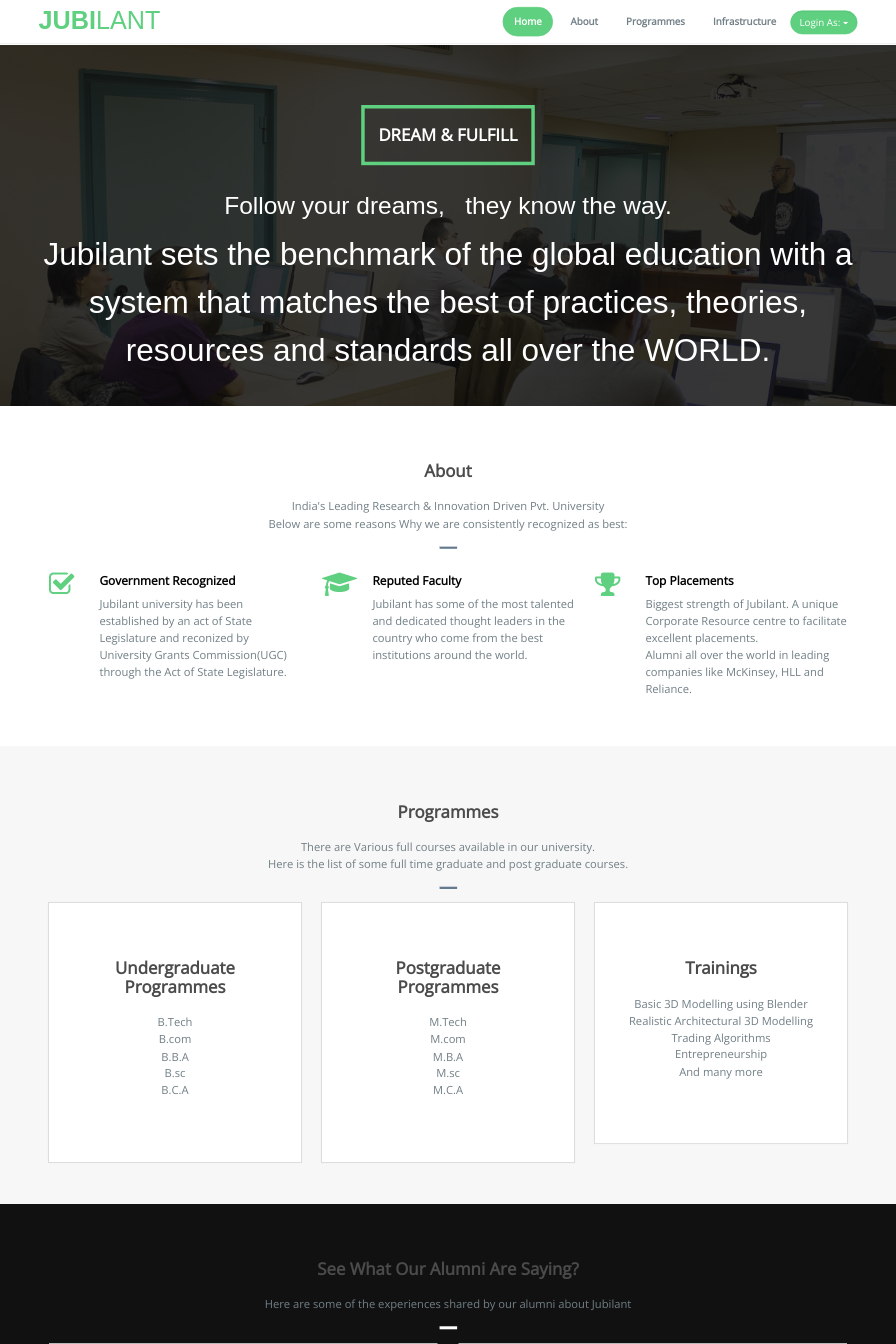
Repository: GauravC8/UMS
Page: http://localhost/login/WEB-INF/index.jsp
The author's editor kept a copy of each file at every save. The page is drawn from the files as they stood at one save, then again after the next save.
The browser window is 1280 px wide. The pictures show the part of the page from y = 0 to 1920 px (the page is 3363 px tall), at 70% of full size.
Some web fonts or font styles are not loaded; a fallback is used. The page is served by Tomcat 9. Nobody is signed in. Other server files are loaded and not shown. The template is opened directly, without the code that normally fills it, so the values that code supplies are empty.

Above is the page before, as saved 2019-04-08 10:56:23.

### login/src/main/webapp/WEB-INF/index.jsp
<%@ page language="java" contentType="text/html; charset=ISO-8859-1"
	pageEncoding="ISO-8859-1"%>
<%@ taglib uri="http://www.springframework.org/tags/form" prefix="form"%>
<%@taglib prefix="c" uri="http://java.sun.com/jsp/jstl/core"%>

<!DOCTYPE html>
<html lang="en">

<head>
<meta charset="utf-8">
<meta name="viewport" content="width=device-width, initial-scale=1">
<title>UMS</title>

<link rel="stylesheet" type="text/css"
	href="https://fonts.googleapis.com/css?family=Open+Sans|Candal|Alegreya+Sans">
<link rel="stylesheet" type="text/css"
	href="resources/css/font-awesome.min.css">
<link rel="stylesheet" type="text/css"
	href="resources/css/bootstrap.min.css">
<link rel="stylesheet" type="text/css"
	href="resources/css/imagehover.min.css">
<link rel="stylesheet" type="text/css" href="resources/css/style.css">

</head>

<body>
	<!--Navigation bar-->
	<nav class="navbar navbar-default navbar-fixed-top">
		<div class="container">
			<div class="navbar-header">
				<button type="button" class="navbar-toggle" data-toggle="collapse"
					data-target="#myNavbar"></button>
				<a class="navbar-brand" href="index.html">Jubi<span>lant</span></a>
			</div>
			<div class="collapse navbar-collapse" id="myNavbar">
				<ul class="nav navbar-nav navbar-right">
					<li class="btn-trial"><a href="#Home">Home</a></li>
					<li><a href="#about">About</a></li>
					<li><a href="#programmes">Programmes</a></li>
					<li><a href="#infrasturcture">Infrastructure</a></li>
					<li>
						<div class="dropdown">
							<button class="btn btn-default dropdown-toggle form-control"
								type="button" id="menu1" data-toggle="dropdown">
								Login As: <span class="caret"></span>
							</button>
							<ul class="dropdown-menu" role="menu" aria-labelledby="menu1">
								<li role="presentation"><a role="menuitem" tabindex="-1"
									href="user/loginForm">Student</a></li>
								<li role="presentation"><a role="menuitem" tabindex="-1"
									href="user/loginForm">Faculty</a></li>
								<li role="presentation"><a role="menuitem" tabindex="-1"
									href="user/loginForm">Admin</a></li>
							</ul>
						</div>
					</li>

				</ul>
			</div>
		</div>
	</nav>
	<!--/ Navigation bar-->


	<!--Modal box-->
	<div class="modal fade" id="login" role="dialog">
		<div class="modal-dialog modal-sm">

			<!-- Modal content no 1-->
			<div class="modal-content">
				<div class="modal-header">
					<button type="button" class="close" data-dismiss="modal">&times;</button>
					<h4 class="modal-title text-center form-title">Login</h4>
				</div>
				<div class="modal-body">

					<div class="login-box-body">
						<%-- <form:form action="user/loginUser" class="form-horizontal"
							method="post" modelAttribute="user">
							<div class="form-group">
								<label for="emailId" class="col-md-3 control-label">Email</label>
								<div class="col-md-9">
									<form:input name="emailId" path="emailId"
										cssClass="form-control" />
								</div>
							</div>

							<div class="form-group">
								<label for="password" class="col-md-3 control-label">Password</label>
								<div class="col-md-9">
									<form:password name="password" path="password"
										cssClass="form-control" />
								</div>
							</div>
							<div class="form-group">
								<!-- Button -->
								<div class="col-md-offset-3 col-md-9">
									<form:button cssClass="btn btn-primary">Login</form:button>
								</div>
							</div>
							<div style="color: red">${error}</div>

						</form:form> --%>
					</div>
				</div>
			</div>
		</div>

	</div>
	<!--/ Modal box-->


	<!--Banner-->
	<div class="banner"
		style="background: url('resources/images/bg-banner.jpg') no-repeat center top">
		<div class="bg-color">
			<div class="container">
				<div class="row">
					<div class="banner-text text-center">
						<div class="text-border">
							<h2 class="text-dec">Dream & Fulfill</h2>
						</div>
						<div class="intro-para text-center quote">
							<p class="big-text">Follow your dreams, &nbsp they know the
								way.<p><p class="small-t
							ext">Jubilant sets the benchmark of the
								global education with a system that matches the best of
								practices, theories, resources and standards all over the WORLD.</p>
						</div>

					</div>
				</div>
			</div>
		</div>
	</div>
	<!--/ Banner-->
	<!--About-->
	<section id="about" class="section-padding">
		<div class="container">
			<div class="row">
				<div class="header-section text-center">
					<h2>About</h2>
					<p>
						India's Leading Research & Innovation Driven Pvt. University<br>
						Below are some reasons Why we are consistently recognized as best:
					</p>
					<hr class="bottom-line">
				</div>

				<div class="about">
					<div class="col-md-4">
						<div class="heading pull-right">
							<h4>Government Recognized</h4>
							<p>Jubilant university has been established by an act of
								State Legislature and reconized by University Grants
								Commission(UGC) through the Act of State Legislature.</p>
						</div>
						<div class="about-img pull-left">
							<i class="fa fa-check-square-o"></i>
						</div>
					</div>
				</div>
				<div class="about">
					<div class="col-md-4">
						<div class="heading pull-right">
							<h4>Reputed Faculty</h4>
							<p>Jubilant has some of the most talented and dedicated
								thought leaders in the country who come from the best
								institutions around the world.</p>
						</div>
						<div class="about-img pull-left">
							<i class="fa fa-graduation-cap"></i>
						</div>
					</div>
				</div>
				<div class="about">
					<div class="col-md-4">
						<div class="heading pull-right">
							<h4>Top Placements</h4>
							<p>
								Biggest strength of Jubilant. A unique Corporate Resource centre
								to facilitate excellent placements.<br> Alumni all over the
								world in leading companies like McKinsey, HLL and Reliance.
							</p>
						</div>
						<div class="about-img pull-left">
							<i class="fa fa-trophy"></i>
						</div>
					</div>
				</div>

			</div>
		</div>
	</section>
	<!--/ About-->

	<!--Programs-->
	<section id="programmes" class="section-padding">
		<div class="container">
			<div class="row">
				<div class="header-section text-center">
					<h2>Programmes</h2>
					<p>
						There are Various full courses available in our university.<br>
						Here is the list of some full time graduate and post graduate
						courses.
					</p>
					<hr class="bottom-line">
				</div>
				<div class="col-md-4 col-sm-6">
					<div class="service-box text-center">
						<h2>Undergraduate Programmes</h2>
						<p>
							B.Tech<br>B.com<br>B.B.A<br>B.sc<br>B.C.A
						</p>
					</div>
				</div>
				<div class="col-md-4 col-sm-6">
					<div class="service-box text-center">
						<h2>Postgraduate Programmes</h2>
						<p>
							M.Tech<br>M.com<br>M.B.A<br>M.sc<br>M.C.A
						</p>
					</div>
				</div>
				<div class="col-md-4 col-sm-6">
					<div class="service-box text-center">
						<h2>Trainings</h2>
						<p>
							Basic 3D Modelling using Blender<br>Realistic Architectural
							3D Modelling<br>Trading Algorithms<br>Entrepreneurship<br>And
							many more
						</p>
					</div>
				</div>
			</div>
		</div>
	</section>
	<!--/ programmes-->

	<!--Testimonial-->
	<section id="testimonial" class="section-padding">
		<div class="container">
			<div class="row">
				<div class="header-section text-center">
					<h2 class="white">See What Our Alumni Are Saying?</h2>
					<p class="white">Here are some of the experiences shared by our
						alumni about Jubilant</p>
					<hr class="bottom-line bg-white">
				</div>
				<div class="col-md-6 col-sm-6">
					<div class="text-comment">
						<p class="text-par">"Life in Jubilant has been a breathtaking
							experience.All the faculty members,mentors and everyone in
							Jubilant family have been a great help and a strong support. This
							place has immensely added to my persona and I will always cherish
							the memories I shared with this place."</p>

						<p class="text-name">
							Himani Gupta- MBA in Competitive Intelligence<br>
							Batch:2012-14
						</p>
					</div>
				</div>
				<div class="col-md-6 col-sm-6">
					<div class="text-comment">
						<p class="text-par">"Jubilant has been a completely enriching
							experience. I have acquired lot of confidence through various
							plaforms provided by College such as Sangathan, Youth Fest etc
							which gave us opportunity to present our innate creativity and
							talent. The faculty is very supportive and ready to help
							anytime."</p>
						<p class="text-name">
							Anita Kumari - B.sc(Fashion Design)<br>Batch:2011-14
						</p>
					</div>
				</div>
			</div>
		</div>
	</section>
	<!--/ Testimonial-->
	<!--Infrastructure-->
	<section id="infrasturcture" class="section-padding">
		<div class="container">
			<div class="row">
				<div class="header-section text-center">
					<h2>Infrastructure</h2>
					<p></p>
					<hr class="bottom-line">
				</div>
			</div>
		</div>
		<div class="container">
			<div class="row">
				<div class="col-md-4 col-sm-6 padleft-right">
					<figure class="imghvr-fold-up">
						<img src="resources/images/library.jfif" class="img-responsive">
						<figcaption>
							<h3>Library</h3>
							<p>Synonymous with the abode of knowledge, the six libraries
								at Jubilant are stocked with the lakhs of books and thousands of
								journals to propel the wisdom growth of the students. These
								libraries are frequently updated with new books and other useful
								study material for students.</p>
						</figcaption>
						<a href="#"></a>
					</figure>
				</div>
				<div class="col-md-4 col-sm-6 padleft-right">
					<figure class="imghvr-fold-up">
						<img src="resources/images/classroom.jfif" class="img-responsive">
						<figcaption>
							<h3>Syndicate Rooms</h3>
							<p>
								300 students can brainstorm at the same time in 50 Syndicate
								Rooms.<br>The Syndicate Rooms provide the perfect setting
								to acquire team skills through exercises like brain-storming
								sessions, group discussions, role-plays etc.
							</p>
						</figcaption>
						<a href="#"></a>
					</figure>
				</div>
				<div class="col-md-4 col-sm-6 padleft-right">
					<figure class="imghvr-fold-up">
						<img src="resources/images/auditorium.jfif" class="img-responsive">
						<figcaption>
							<h3>Auditorium</h3>
							<p>State-of-the-art auditoriums with a combined seating
								capacity of over 3,500 act as a common ground for students,
								faculty and corporate personalities for regular interfaces,
								conferences and other events.</p>
						</figcaption>
						<a href="#"></a>
					</figure>
				</div>
				<div class="col-md-4 col-sm-6 padleft-right">
					<figure class="imghvr-fold-up">
						<img src="resources/images/play.jfif" class="img-responsive">
						<figcaption>
							<h3>Playground</h3>
							<p>At Jubilant,sports form one of the important aspects of a
								student's development.From increasing concentration levels and
								working as a team to inculcating a winning spirit;sports help
								students build a strong character.</p>
						</figcaption>
						<a href="#"></a>
					</figure>
				</div>
				<div class="col-md-4 col-sm-6 padleft-right">
					<figure class="imghvr-fold-up">
						<img src="resources/images/hostel.jfif" class="img-responsive">
						<figcaption>
							<h3>Hostel Accomodation</h3>
							<p>Jubilant offers comprehensive hostel facilities for boys
								and girls separately within the University Campus.Caring wardens
								and a vigilant security ensures a pleasant stay allowing
								students to focus on academics.</p>

					</figure>
				</div>
				<div class="col-md-4 col-sm-6 padleft-right">
					<figure class="imghvr-fold-up">
						<img src="resources/images/labs.jfif" class="img-responsive">
						<figcaption>
							<h3>Laboratory</h3>
							<p>The specialised biotechnology laboratories are equipped to
								conduct advanced practical and research work.Jubilant has over
								300 labs where students experiment and bring to practice what
								they have learnt in theory.</p>
						</figcaption>
						<a href="#"></a>
					</figure>
				</div>
			</div>
		</div>
	</section>
	<!--/ Courses-->




	<!--Footer-->
	<footer id="footer" class="footer">
		<div class="container text-center">

			<h3>For More Information</h3>


			<!-- End newsletter-form -->
			<ul class="social-links">
				<li><a href="#link"><i class="fa fa-twitter fa-fw"></i></a></li>
				<li><a href="#link"><i class="fa fa-facebook fa-fw"></i></a></li>
				<li><a href="#link"><i class="fa fa-google-plus fa-fw"></i></a></li>
				<li><a href="#link"><i class="fa fa-dribbble fa-fw"></i></a></li>
				<li><a href="#link"><i class="fa fa-linkedin fa-fw"></i></a></li>
			</ul>
			All rights reserved

		</div>
	</footer>
	<!--/ Footer-->

	<script src="resources/js/jquery.min.js"></script>
	<script src="resources/js/jquery.easing.min.js"></script>
	<script src="resources/js/bootstrap.min.js"></script>
	<script src="resources/js/custom.js"></script>
	<script src="resources/contactform/contactform.js"></script>

</body>

</html>

### login/src/main/webapp/WEB-INF/resources/css/style.css

body {
	font-size: 15px;
    line-height: 1.52;
    color: #717f86;
    font-size: 16px;
	font-family: 'Open Sans', sans-serif;
    font-weight: 400;
}
ol, ul {
	list-style: none;
}
blockquote, q {
	quotes: none;
}
blockquote:before, blockquote:after,
q:before, q:after {
	content: '';
	content: none;
}
table {
	border-collapse: collapse;
	border-spacing: 0;
}
.section-padding{
	padding: 60px 0px;
}
h1, h2, h3, h4, h5, h6{
    font-family: Open Sans, sans-serif;
    font-weight: 700;
    color: #4B4B4C;
}
a{
    color: #5fcf80;
}
a:hover, a:focus{
    color: #5fcf80;
}
/***********************************
Navigation bar
************************************/
.navbar-default .navbar-brand {
    color: #5FCF80;
}
.navbar-default {
    background-color: #ffffff;
}

.navbar-default .navbar-nav > li > a {
    color: #717f86;
    font-size: 14px;
    font-weight: 700;
}
.navbar-nav > li > a{
	padding: 0px;
	margin: 10px 5px;
	padding: 10px 15px;
}
.navbar-default .navbar-nav > li > a:focus, .navbar-default .navbar-nav > li > a:hover
{
	color: #5FCF80;
}
.btn {


background-color: #5FCF80;
	border-radius: 50px;
	color: #ffffff !important;
	border: 1px solid #5FCF80;
	margin-top: 15px;
}
.navbar-nav .active a{
    background: none !important;
    color: #5FCF80 !important;
    outline: none;
}

.btn-trial a{
	background-color: #5FCF80;
	border-radius: 25px;
	color: #ffffff !important;
	border: 1px solid #5FCF80;
}
.btn-trial a:hover, .btn-trial a:focus{
	border: 1px solid #5FCF80;
	background-color: #fff;
	color: #5FCF80 !important;
}
.navbar-default .navbar-brand {
    font-family: 'Dosis', sans-serif !important;
    font-weight: 700;
    text-transform: uppercase;
    padding: 0px;
    height: inherit;
    font-size: 36px;
    margin: 20px 0px;
}
.navbar-default .navbar-brand span{
	font-weight: 100 !important;
}
.navbar {
    margin-bottom: 0px;
}
.padding-zero{
	padding: 0px;
}
.mart20{
	margin-top: 20px;
}
/***********************************
Banner
************************************/
.banner{
	background: url('resources/images/bg-banner.jpg') no-repeat center top;
    background-size: cover;
	min-height: 580px;
    position: relative;
}
.bg-color{
	background-color: RGBA(12, 11, 11, 0.82);
	min-height: 580px;
}
.text-dec{
	font-size: 24px;
	padding: 10px 20px;
    margin: 15px 0;
	text-transform: uppercase;
    color: #fff;
}
.text-border{
	border: 5px solid #5FCF80;
	display: inline-block;
	margin-top: 150px;
}
.intro-para{
	font-family: 'Alegreya Sans', sans-serif;
	font-size: 45px;
	color: #fff;
	margin-top: 30px;
}

.modal-dialog {
    width: 600px;
    margin: 150px auto;
}
.modal-content h4 {
    font-size: 1.5em;
    font-weight: 700;
}
.login-box-body {
    padding: 15px 30px;
}
.login-box-msg, .register-box-msg {
    margin: 0px;
    text-align: center;
    padding: 0px 20px 20px;
}
.form-title{
color:#5FCF80;
}
.form-control{
border-color:#5FCF80;
}
.modal-sm {
    width: 400px;
}
.padleft-right{
    padding-left: 5px;
    padding-right: 0px;
}
.big-text{
    font-size: 35px;
}
.small-text{
    font-size: 16px;
}
btn{
    background-color: #5fcf80;
    color: #fff;
    -webkit-transition: all 0.3s ease-in-out;
  -moz-transition: all 0.3s ease-in-out;
  transition: all 0.3s ease-in-out;
  margin-top: 10px;
}
.btn:hover,.btn:focus{
    background-color: black;
    color: #5fcf80;
    border-color: #fff;
     -webkit-transition: all 0.3s ease-in-out;
  -moz-transition: all 0.3s ease-in-out;
  transition: all 0.3s ease-in-out;
}
/***********************************
About
************************************/
h2{
	font-size: 24px;
	padding-bottom: 15px;
}
.bottom-line{
	width: 25px;
	height: 3px;
	background-color: rgb(99, 122, 145);
}
.about{
	margin-top: 25px;
}
.about-img {
  width: 20%;
}
.heading {
    width: 80%;
}
.about i {
    font-size: 39px;
    color: #5FCF80;
    margin-top: 7px;
}
.heading h4 {
    font-size: 17px;
    line-height: 1.25;
    font-weight: 700;
    color: #000;
    margin: 10px 0px;
    text-align: left;
}
.heading p {
  text-align: left;
}

/***********************************
Programmes
************************************/
#programmes {
    background-color: rgb(247, 247, 247);
}
.service-box{
    background: #fff;
    padding: 60px 30px 80px;
    box-shadow: 0px 0px 1px 1px rgba(0,0,0,0.1);
}



/***********************************
Testimonial
************************************/
#testimonial{
    background-color: #111;
}
.bg-white{
    background-color: #fff !important;
}
.text-comment{
  background-color: rgb(255, 255, 255);
  padding: 20px;
}
.text-par{
  font-size: 20px;
  padding-bottom: 15px;
}
/***********************************
Infrastructure
************************************/
[class*=" imghvr-"] figcaption, [class^="imghvr-"] figcaption {
    background-color: #5FCF80;
}
[class*=" imghvr-"], [class^="imghvr-"] {
    background-color: #5FCF80;
    color: #fff;
}

/***********************************
Footer
************************************/
.footer {
    padding: 60px 0 20px;
    background: #111;
    color: #ccc;
}
.footer a {
    color: #fff;
}

.footer h3{
	font-weight: 300;
	letter-spacing: 0.05em;
	margin: 0 0 40px;
	font-size: 24px;
}
.footer .form-control {
    border-radius: 30px;
    border: none;
    background: rgba(255,255,255,.1);
    padding-left: 30px;
    color: #e5e6e7;
    margin-bottom: 0;
    height: 48px;
}
.footer .social-links li a {
    color: #fff;
    font-size: 32px;
    line-height: 50px;
    border-radius: 50%;
    text-align: center;
    -webkit-transition: all .3s ease-out;
    transition: all .3s ease-out;
}
.footer .social-links li {
    display: inline-block;
    margin: 0 25px 25px;
    -webkit-transition: all .3s ease-out;
    transition: all .3s ease-out;
}
.footer .mc-trial {
    margin: 20px 0;
}
.footer .social-links {
    list-style: none;
    padding: 0;
    margin: 30px 0 40px;
    padding: 40px 0 0;
    border-bottom: 1px solid rgba(255,255,255,0.2);
}

.footer .form-control:focus{
    box-shadow: none;
}
/***********************************
************************************
Responsive media queries
************************************
***********************************/
@media (min-width: 769px) and (max-width: 980px) {
    .ser-text {
    font-size: 20px;
    }
    .service-box{
        margin-bottom: 30px;
    }
}
@media (min-width: 451px) and (max-width: 768px) {
    .ser-text {
    font-size: 20px;
    }
    .service-box{
        margin-bottom: 30px;
    }


}
@media (min-width: 20px) and (max-width: 450px) {
    .text-dec {
    font-size: 20px;
    }
    .big-text {
    font-size: 30px;
    }
    .small-text {
    font-size: 14px;
    }
    .intro-para {
    font-size: 30px;
    }
    .header-section p{
        font-size: 14px;
    }
    .heading {
    margin-bottom: 20px;
    }

    h3.det-txt {
    font-size: 28px;
    }

    .service-box, .text-comment{
        margin-bottom: 30px;
    }

    .footer .social-links li {
    margin: 0 5px 25px;
    }

    .modal-sm {
    width: 300px;
    }
    .login-box-body {
    padding: 15px 20px;
    }
    .navbar-default .navbar-brand{
        margin-left: 10px;
    }
    .navbar-default .navbar-nav > li > a{
        text-align: center;
    }
}

### login/src/main/webapp/WEB-INF/resources/js/custom.js
(function($) {

  // Navigation scrolls
  $(".navbar-nav li a").on('click', function(event) {
    $('.navbar-nav li').removeClass('active');
    $(this).closest('li').addClass('active');
    var $anchor = $(this);
    var nav = $($anchor.attr('href'));
    if (nav.length) {
      $('html, body').stop().animate({
        scrollTop: $($anchor.attr('href')).offset().top
      }, 1500, 'easeInOutExpo');

      event.preventDefault();
    }
  });
  $(".navbar-collapse a").on('click', function() {
    $(".navbar-collapse.collapse").removeClass('in');
  });

  // Add smooth scrolling to all links in navbar
  $("a.mouse-hover, a.get-quote").on('click', function(event) {
    var hash = this.hash;
    if (hash) {
      event.preventDefault();
      $('html, body').animate({
        scrollTop: $(hash).offset().top
      }, 1500, 'easeInOutExpo');
    }
  });
})(jQuery);

Loaded but not shown: login/src/main/webapp/WEB-INF/resources/css/font-awesome.min.css (library); login/src/main/webapp/WEB-INF/resources/css/bootstrap.min.css (library); login/src/main/webapp/WEB-INF/resources/css/imagehover.min.css (library); login/src/main/webapp/WEB-INF/resources/js/jquery.min.js (library); login/src/main/webapp/WEB-INF/resources/js/jquery.easing.min.js (library); login/src/main/webapp/WEB-INF/resources/js/bootstrap.min.js (library)

After the next save:
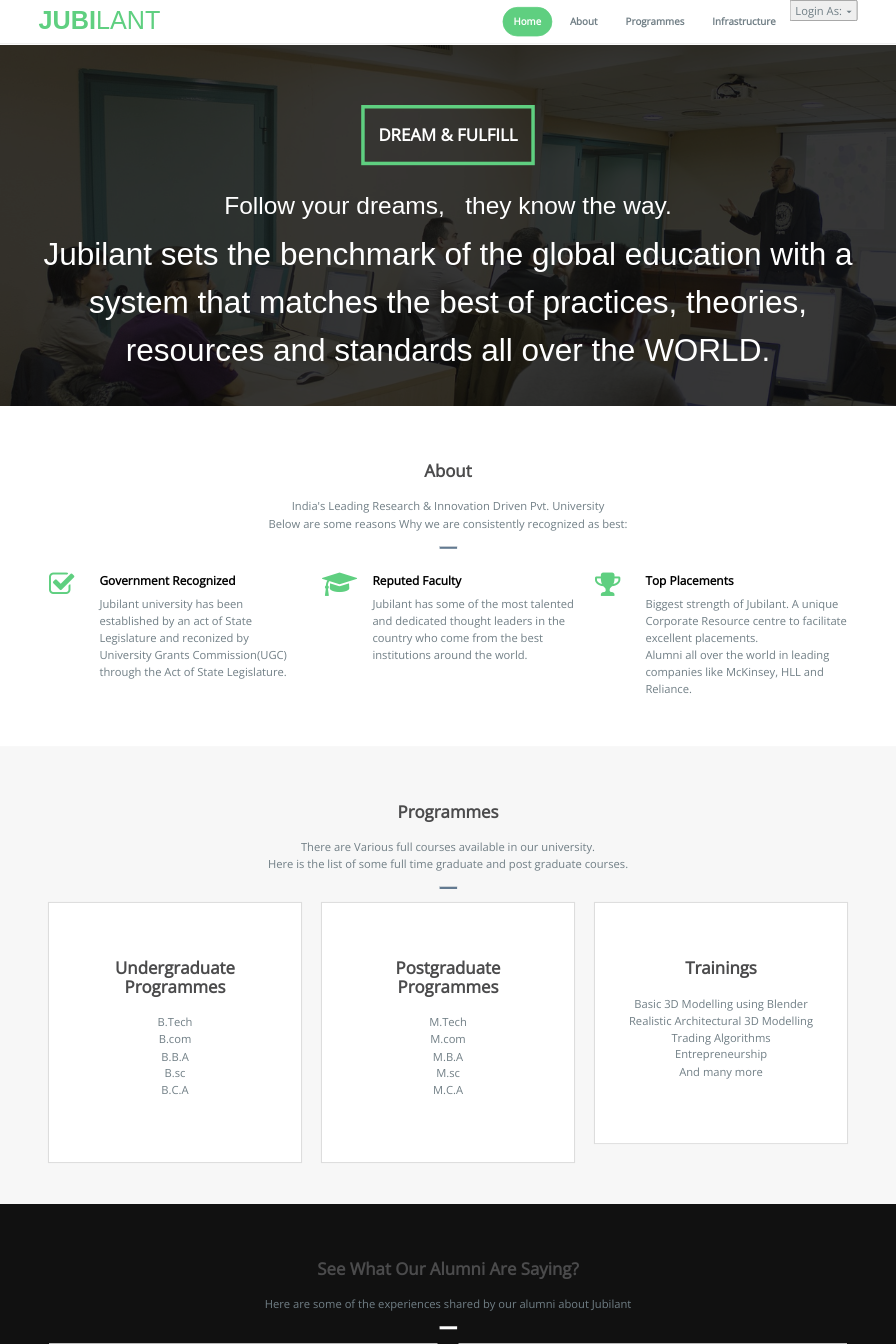
Saved 27 s later.
--- a/login/src/main/webapp/WEB-INF/index.jsp
+++ b/login/src/main/webapp/WEB-INF/index.jsp
@@ -40,7 +40,7 @@
 					<li><a href="#infrasturcture">Infrastructure</a></li>
 					<li>
 						<div class="dropdown">
-							<button class="btn btn-default dropdown-toggle form-control"
+							<button
 								type="button" id="menu1" data-toggle="dropdown">
 								Login As: <span class="caret"></span>
 							</button>
